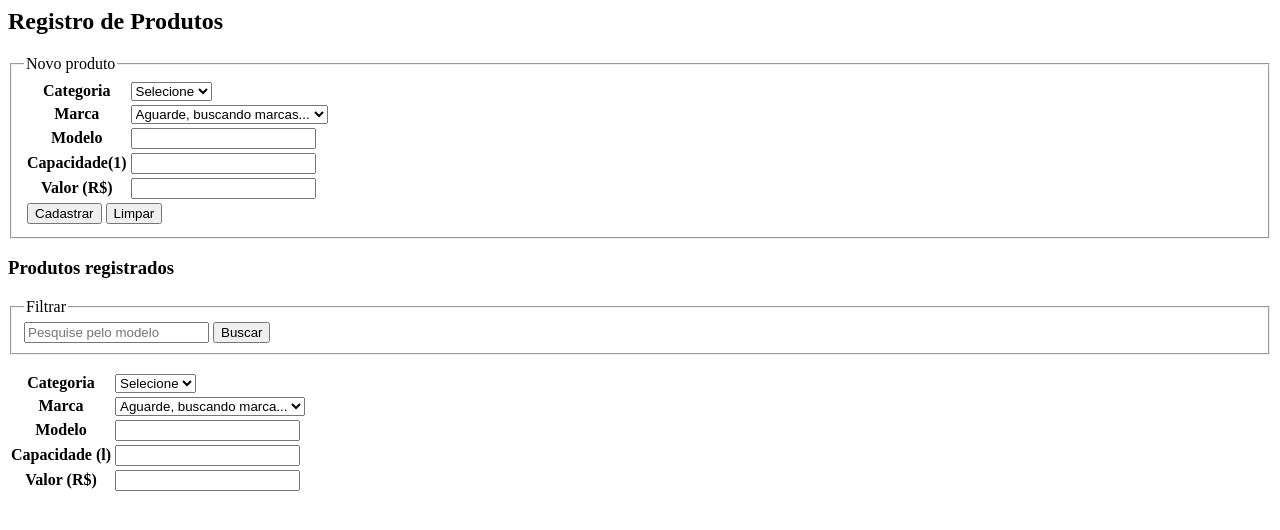
Repository: daniloserafim/trilha-backend-senai
Page: ProjetoTrilhaWeb/WebContent/pages/admin/marca/index.html
These files come from the project's save history. The page is drawn as it stood at one moment and after the next save; the edit follows.
The browser window is 1280 px wide. The pictures show the whole page.

Above is the page before, as saved 2022-10-04 22:21:22.
Console error: ReferenceError: COLDIGO is not defined

After the next save:
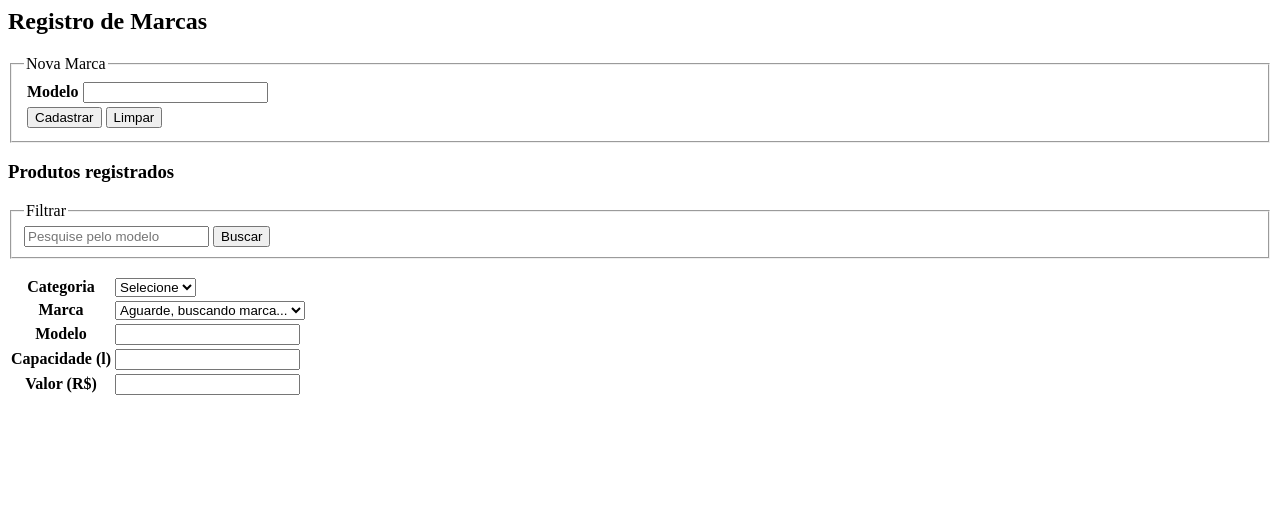
Saved 2 min 34 s later.
--- a/ProjetoTrilhaWeb/WebContent/pages/admin/marca/index.html
+++ b/ProjetoTrilhaWeb/WebContent/pages/admin/marca/index.html
@@ -1,44 +1,14 @@
 <script src="../../js/marca.js"></script>
 
-<h2>Registro de Produtos</h2>
-<form name="frmAddProduto" id="addProduto" class="frmInserir">
+<h2>Registro de Marcas</h2>
+<form name="frmAddMarca" id="addMarca" class="frmInserir">
 	<fieldset>
-		<legend>Novo produto</legend>
+		<legend>Nova Marca</legend>
 		<table>
-			<tr>
-				<th>Categoria</th>
-				<td>
-					<select name="categoria">
-						<option value="">Selecione</option>
-						<option value="1">Geladeira</option>
-						<option value="2">Freezer</option>
-					</select>
-				</td>
-			</tr>
-			<tr>
-				<th>Marca</th>
-				<td>
-					<select name="marcaId" id="selMarca">
-						<option value="" class="buscando">Aguarde, buscando marcas...</option>
-					</select>
-				</td>
-			</tr>
 			<tr>
 				<th>Modelo</th>
 				<td>
 					<input type="text" name="modelo">
-				</td>
-			</tr>
-			<tr>
-				<th>Capacidade(1)</th>
-				<td>
-					<input type="text" name="capacidade">
-				</td>
-			</tr>
-			<tr>
-				<th>Valor (R$)</th>
-				<td>
-					<input type="text" name="valor">
 				</td>
 			</tr>
 			<tr>
